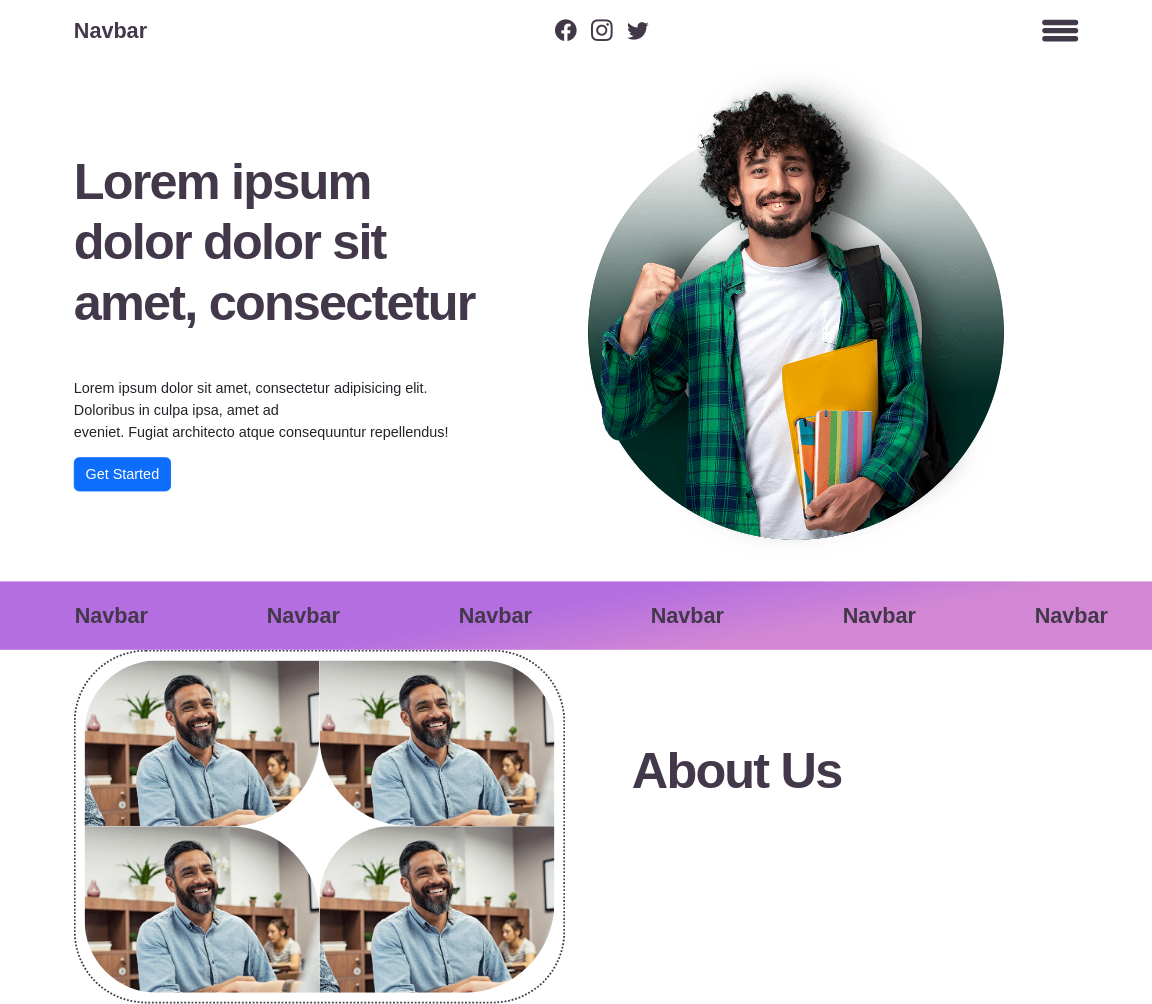
Repository: tagnam/project27012025
Page: index.html
The author's editor kept a copy of each file at every save. The page is drawn from the files as they stood at one save, then again after a run of saves.
The browser window is 1280 px wide. The pictures show the whole page, at 90% of full size.

Above is the page before, as saved 2025-01-27 16:42:31.

After the next 2 saves:
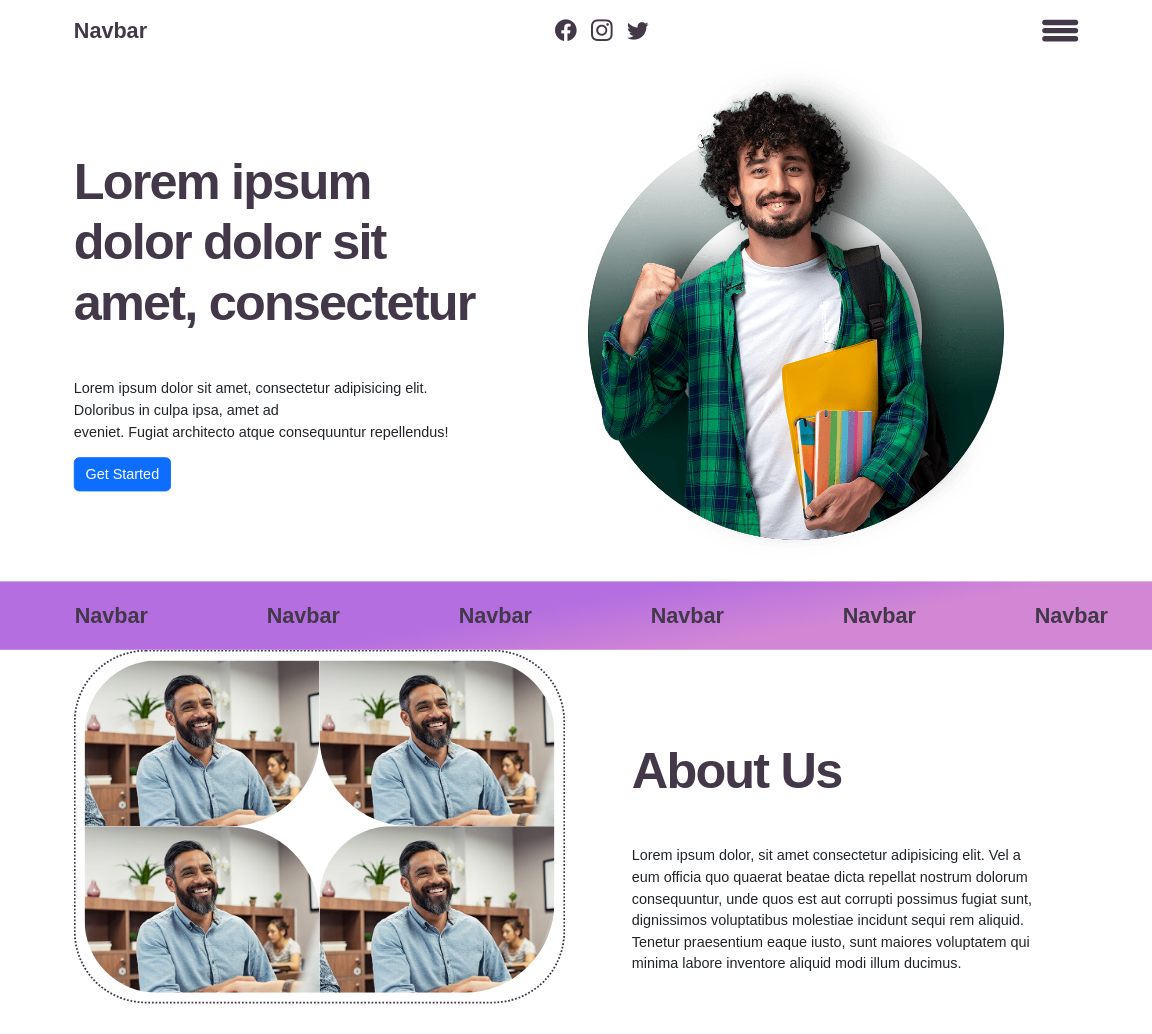
The 2 saves are shown as one change because they came seconds apart.
The last was saved 9 s later.
--- a/index.html
+++ b/index.html
@@ -157,7 +157,7 @@
                 <div class="about-content">
                     <div class="main-heading">
                         <h2>About Us </h2>
-
+                        <p>Lorem ipsum dolor, sit amet consectetur adipisicing elit. Vel a eum officia quo quaerat beatae dicta repellat nostrum dolorum consequuntur, unde quos est aut corrupti possimus fugiat sunt, dignissimos voluptatibus molestiae incidunt sequi rem aliquid. Tenetur praesentium eaque iusto, sunt maiores voluptatem qui minima labore inventore aliquid modi illum ducimus.</p>
                     </div>
 
                 </div>
